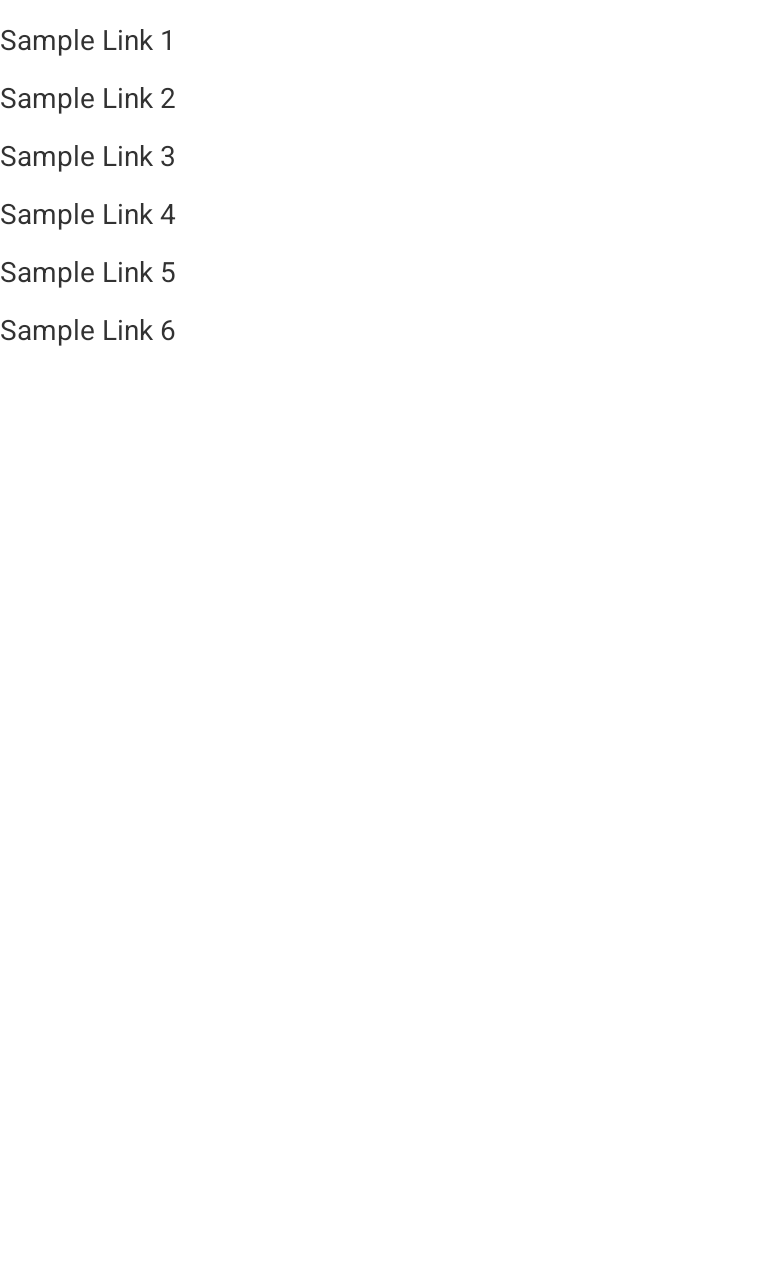
Repository: scottcaruso/MDF3_widgets_and_action_bars
Layout: news_feed_widget/res/layout/widget_layout.xml
These files come from the project's save history. The layout is drawn as it stood at one moment and after the next save; the edit follows.
It is drawn on a 768 x 1280 px phone screen (xhdpi) without system bars, with theme AppTheme; the app's code is not run.

Above is the layout before, as saved 2013-09-19 00:51:00.

### news_feed_widget/res/layout/widget_layout.xml
<?xml version="1.0" encoding="utf-8"?>
<FrameLayout xmlns:android="http://schemas.android.com/apk/res/android"
    android:layout_width="match_parent"
    android:layout_height="match_parent" >

    <LinearLayout
        android:layout_width="wrap_content"
        android:layout_height="wrap_content"
        android:orientation="vertical">

        <TextView
        android:id="@+id/link1"
        android:layout_width="wrap_content"
        android:layout_height="wrap_content"
        android:text="@string/sample_link_1"
        android:paddingTop="10dp"/>

        <TextView
        android:id="@+id/link2"
        android:layout_width="wrap_content"
        android:layout_height="wrap_content"
        android:text="@string/sample_link_2"
        android:paddingTop="10dp" />

        <TextView
        android:id="@+id/link3"
        android:layout_width="wrap_content"
        android:layout_height="wrap_content"
        android:text="@string/sample_link_3"
        android:paddingTop="10dp" />

        <TextView
        android:id="@+id/link4"
        android:layout_width="wrap_content"
        android:layout_height="wrap_content"
        android:text="@string/sample_link_4"
        android:paddingTop="10dp" />

        <TextView
        android:id="@+id/link5"
        android:layout_width="wrap_content"
        android:layout_height="wrap_content"
        android:text="@string/sample_link_5"
        android:paddingTop="10dp" />

        <TextView
        android:id="@+id/link6"
        android:layout_width="wrap_content"
        android:layout_height="wrap_content"
        android:text="@string/sample_link_6"
        android:paddingTop="10dp" />

    </LinearLayout>



</FrameLayout>

### news_feed_widget/res/values/strings.xml
<?xml version="1.0" encoding="utf-8"?>
<resources>

    <string name="app_name">news_feed_widget</string>
    <string name="action_settings">Settings</string>
    <string name="hello_world">Hello world!</string>
    <string name="sample_link_1">Sample Link 1</string>
    <string name="sample_link_2">Sample Link 2</string>
    <string name="sample_link_3">Sample Link 3</string>
    <string name="sample_link_4">Sample Link 4</string>
    <string name="sample_link_5">Sample Link 5</string>
    <string name="sample_link_6">Sample Link 6</string>

</resources>

Loaded but not shown: news_feed_widget/res/values/styles.xml (common file); news_feed_widget/res/values-v11/styles.xml (common file); news_feed_widget/res/values-v14/styles.xml (common file)

After the next save:
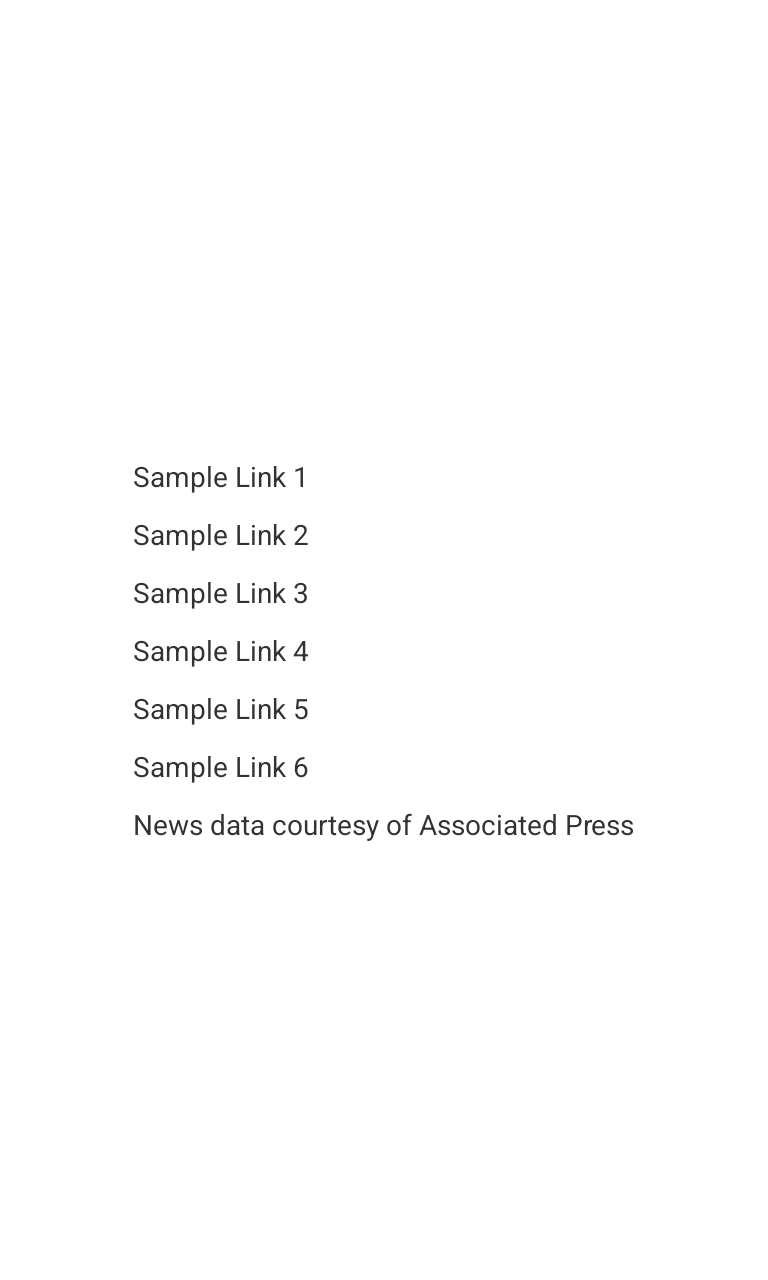
Saved 80 s later.
--- a/news_feed_widget/res/layout/widget_layout.xml
+++ b/news_feed_widget/res/layout/widget_layout.xml
@@ -6,7 +6,8 @@
     <LinearLayout
         android:layout_width="wrap_content"
         android:layout_height="wrap_content"
-        android:orientation="vertical">
+        android:layout_gravity="center"
+        android:orientation="vertical" >
 
         <TextView
         android:id="@+id/link1"
@@ -50,6 +51,13 @@
         android:text="@string/sample_link_6"
         android:paddingTop="10dp" />
 
+        <TextView
+        android:id="@+id/about"
+        android:layout_width="wrap_content"
+        android:layout_height="wrap_content"
+        android:text="News data courtesy of Associated Press"
+        android:paddingTop="10dp" />
+
     </LinearLayout>
 
 
